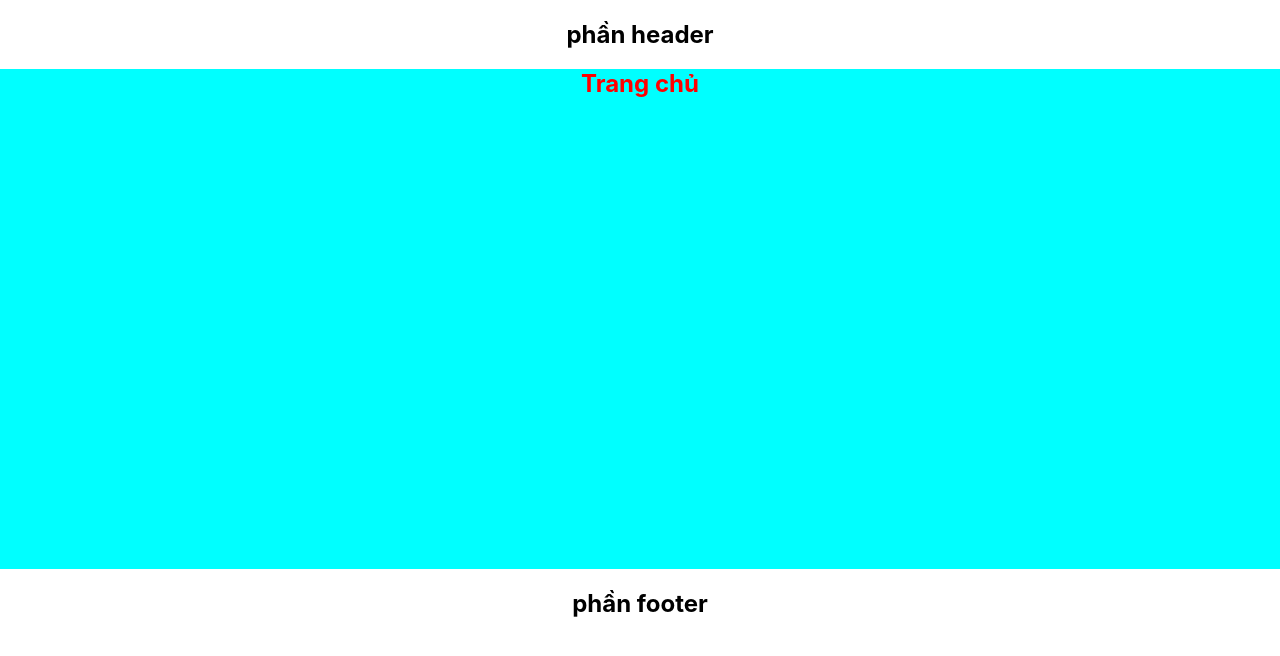
Repository: tatvanhco/shopper
Page: /
An editor plug-in stored every save of this project. The page is shown before and after a run of saves, followed by the edit.
The browser window is 1280 px wide. The pictures show the whole page.
The project was rebuilt for these pictures with package versions that can differ from the ones it lists, and the page was loaded fresh each time.

Above is the page before, as saved 2022-09-23 17:06:52.

### src/index.tsx
import React from 'react';
import { createRoot } from 'react-dom/client';
import { Provider } from 'react-redux';
import { store } from './app/store';
import App from './App';
import reportWebVitals from './reportWebVitals';
import './index.css';

const container = document.getElementById('root')!;
const root = createRoot(container);

root.render(
    <React.StrictMode>
        <Provider store={store}>
            <App />
        </Provider>
    </React.StrictMode>,
);

// If you want to start measuring performance in your app, pass a function
// to log results (for example: reportWebVitals(console.log))
// or send to an analytics endpoint. Learn more: https://bit.ly/CRA-vitals
reportWebVitals();

### src/app/store.ts
import { configureStore, ThunkAction, Action, getDefaultMiddleware } from '@reduxjs/toolkit';
import createSagaMiddleware from '@redux-saga/core';
import rootSaga from './rootSaga';

const sagaMiddleware = createSagaMiddleware();
export const store = configureStore({
    reducer: {

    },
    middleware: (getDefaultMiddleware) => {
        return getDefaultMiddleware().concat(sagaMiddleware);
    },
});

sagaMiddleware.run(rootSaga);

export type AppDispatch = typeof store.dispatch;
export type RootState = ReturnType<typeof store.getState>;
export type AppThunk<ReturnType = void> = ThunkAction<ReturnType, RootState, unknown, Action<string>>;

### src/App.tsx
import React from 'react';
import './App.scss';
import Header from 'components/header/header';
import Footer from 'components/footer/footer';
import Home from 'pages/home/home';

function App() {
    return (
        <div className="App">
            <Header />
            <Home />
            <Footer />
        </div>
    );
}

export default App;

### src/app/rootSaga.ts
function* rootSaga() {
    console.log('hahahha');
}

export default rootSaga;

### src/components/header/header.tsx
function header() {
    return <h2>phần header</h2>;
}

export default header;

### src/components/footer/footer.tsx
function footer() {
    return <h2>phần footer</h2>;
}

export default footer;

### src/pages/home/home.tsx
import clsx from 'clsx';
import styles from './home.module.scss'

function Home() {
    return (
        <h2 className={styles.heading}>Trang chủ</h2>
     );
}

export default Home;

### src/pages/home/home.module.scss
.heading {
    height: 500px;
    background-color: aqua;
    color: red;
}

Loaded but not shown: public/index.html (common file); src/reportWebVitals.ts (common file); src/index.css (common file); src/App.scss (common file)

After the next 3 saves:
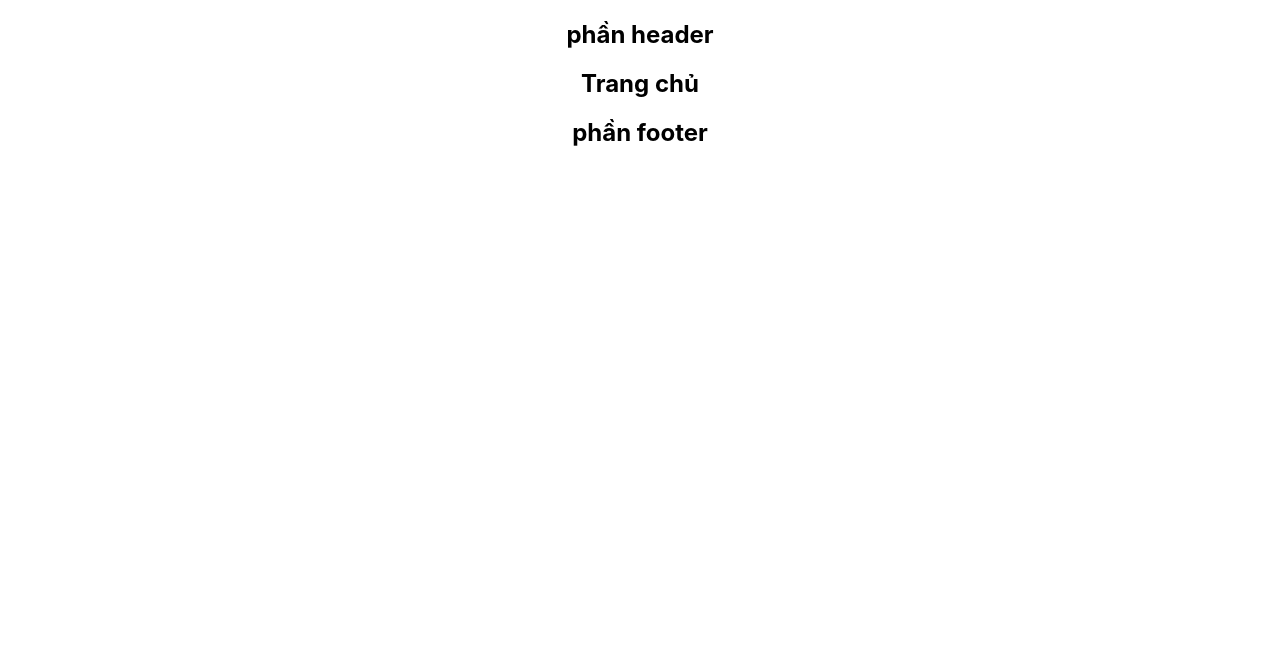
The 3 saves are shown as one change because they came seconds apart.
The last was saved 16 s later.
--- a/src/pages/home/home.tsx
+++ b/src/pages/home/home.tsx
@@ -3,7 +3,7 @@ import styles from './home.module.scss'
 
 function Home() {
     return (
-        <h2 className={styles.heading}>Trang chủ</h2>
+        <h2 className={clsx()}>Trang chủ</h2>
      );
 }
 
